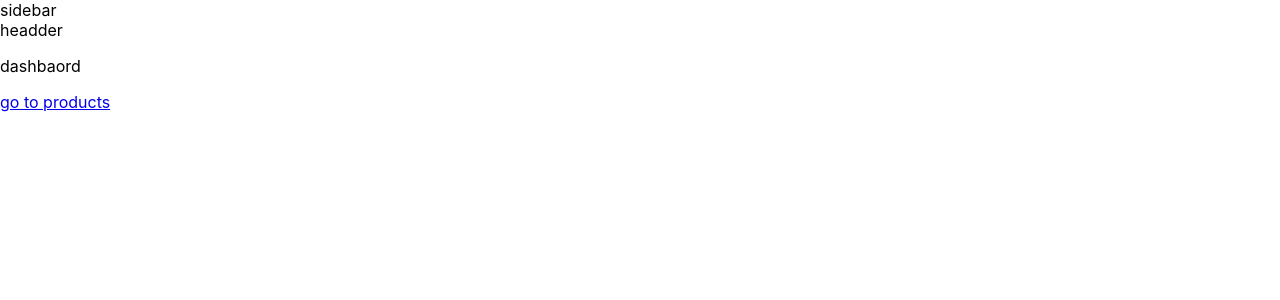
Repository: Siranush-0194/Dashboard
Page: /
An editor plug-in stored every save of this project. The page is shown before and after the next save, followed by the edit.
The browser window is 1280 px wide. The pictures show the whole page.
The project was rebuilt for these pictures with package versions that can differ from the ones it lists, and the page was loaded fresh each time. Also part of the build but not shown: src/components/Products.jsx.

Above is the page before, as saved 2023-07-04 17:12:14.

After the next save:
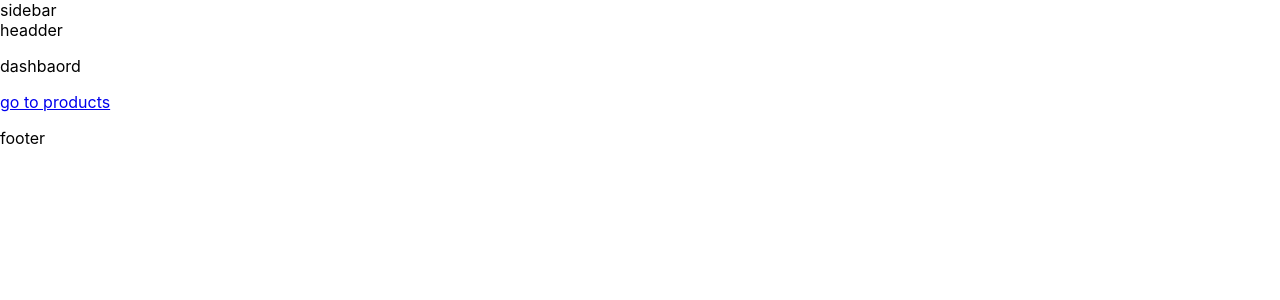
Saved 76 s later.
--- a/src/components/shared/Layout.jsx
+++ b/src/components/shared/Layout.jsx
@@ -7,6 +7,7 @@ export default function Layout() {
         <div className="bg-sky-200"> sidebar </div>
         <div className="bg-teal-200">headder</div>
         <div>{<Outlet />}</div>
+        <p>footer</p>
     </div>
     )
 
